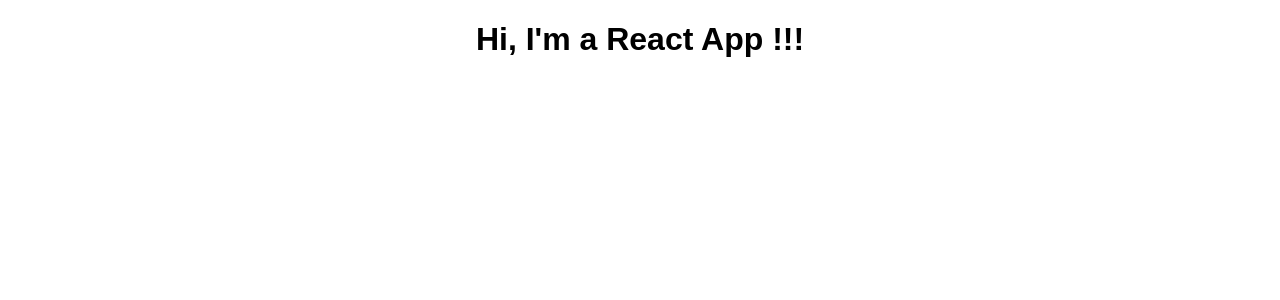
Repository: MuathYHKefayah/React-Basics
Page: /
The author's editor kept a copy of each file at every save. The page is drawn from the files as they stood at one save, then again after the next save.
The browser window is 1280 px wide. The pictures show the whole page.
The project was rebuilt for these pictures with package versions that can differ from the ones it lists, and the page was loaded fresh each time.

Above is the page before, as saved 2020-12-10 11:07:22.

After the next save:
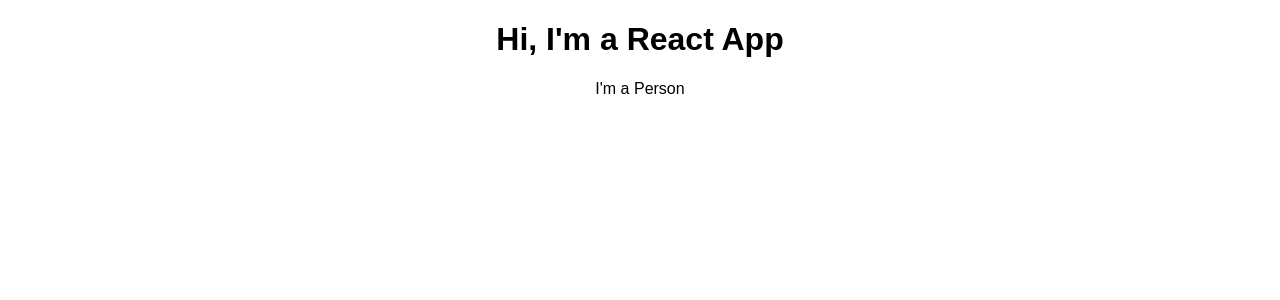
Saved 2 min 12 s later.
--- a/src/App.js
+++ b/src/App.js
@@ -1,14 +1,17 @@
 import React, { Component } from 'react';
 import './App.css';
+import Person from './Person/Person';
 
 class App extends Component {
   render() {
-    // return (
-    //   <div className="App">
-    //     <h1>Hi, I'm a React App </h1>
-    //   </div>
-    // );
-    return React.createElement('div', {className: 'App'} , React.createElement('h1', null , 'Hi, I\'m a React App !!!' ))
+    return (
+      // jsx \\  write html code in js file
+      <div className="App">
+        <h1>Hi, I'm a React App </h1>
+        <Person />
+      </div>
+    );
+    //return React.createElement('div', {className: 'App'} , React.createElement('h1', null , 'Hi, I\'m a React App !!!' ))
   }
 }
 
